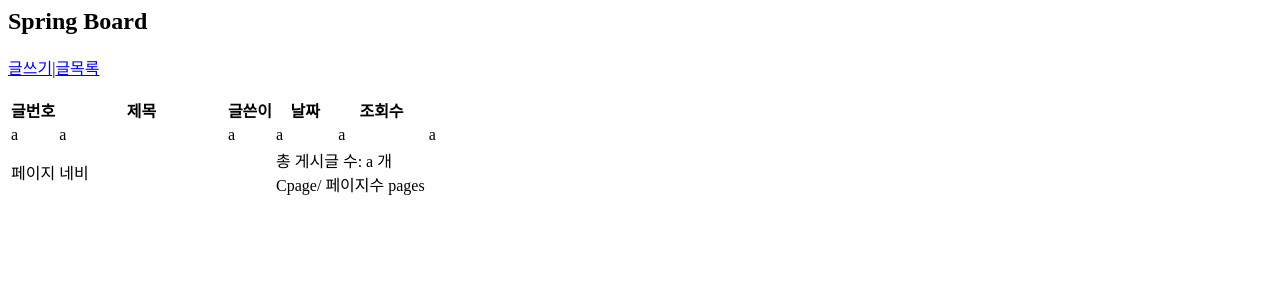
Repository: Jayking0215/myjava
Page: http://localhost/SpringWeb/WEB-INF/views/board/boardList.jsp
An editor plug-in stored every save of this project. The page is shown before and after the next save, followed by the edit.
The browser window is 1280 px wide. The pictures show the whole page.
The page is served by Tomcat 9. Nobody is signed in. The template is opened directly, without the code that normally fills it, so the values that code supplies are empty.

Above is the page before, as saved 2023-05-11 07:15:31.

After the next save:
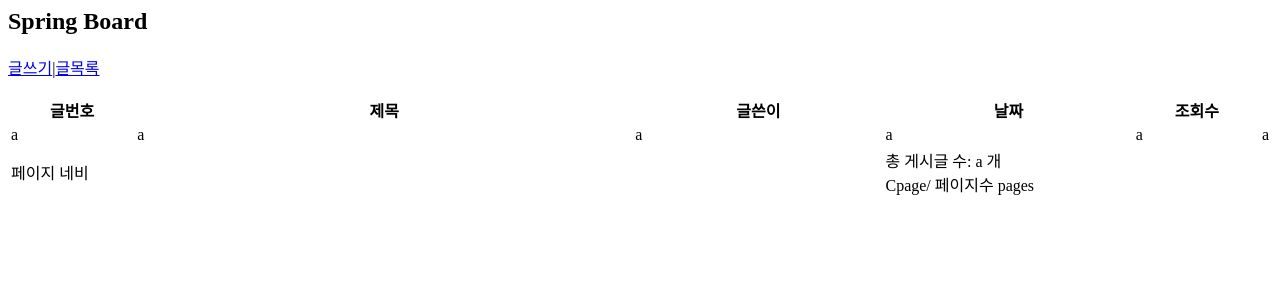
Saved 43 s later.
--- a/SpringWorkspace/SpringWeb/src/main/webapp/WEB-INF/views/board/boardList.jsp
+++ b/SpringWorkspace/SpringWeb/src/main/webapp/WEB-INF/views/board/boardList.jsp
@@ -12,11 +12,11 @@
 	<div class="col-10 offset-1">
 		<table class="table table-condensed table-striped">
 			<thead>
-				<th >글번호</th>
+				<th width="10%">글번호</th>
 				<th width="40%">제목</th>
-				<th>글쓴이</th>
-				<th>날짜</th>
-				<th>조회수</th>
+				<th width="20%">글쓴이</th>
+				<th width="20%">날짜</th>
+				<th width="10%">조회수</th>
 			</thead>
 			<tbody>
 			<!-- ------------------------------------ -->
